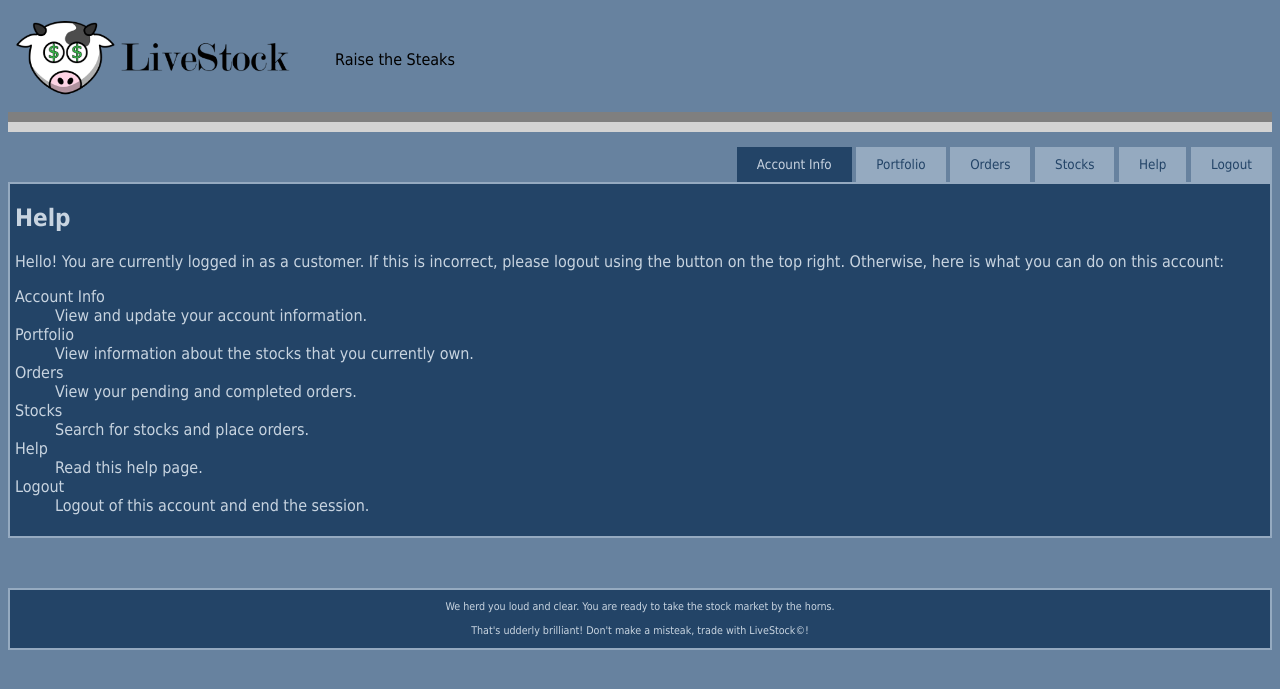
Repository: yastapova/live-stock
Page: http://localhost/LiveStockSite/WEB-INF/cust_help.jsp
The author's editor kept a copy of each file at every save. The page is drawn from the files as they stood at one save, then again after the next save.
The browser window is 1280 px wide. The pictures show the whole page.
The page is served by Tomcat 9. Nobody is signed in. Other server files are loaded and not shown. The template is opened directly, without the code that normally fills it, so the values that code supplies are empty.

Above is the page before, as saved 2016-04-19 23:35:36.

### LiveStockSite/WebContent/WEB-INF/cust_help.jsp
<!DOCTYPE html>
<html>
<head>
	<meta charset="ISO-8859-1">
	<title>LiveStock Trading | Help</title>
	<link rel="stylesheet" href="gen.css" />
</head>
<body>
	<jsp:include page="_header.jsp"></jsp:include>
	<jsp:include page="_cust_menu.jsp"></jsp:include>
	<div class="body" align="Left">
		<h2>Help</h2>
		<p>Hello! You are currently logged in as a customer. If this is incorrect,
		please logout using the button on the top right. Otherwise, here is what
		you can do on this account:</p>
		<dl>
			<dt>Account Info</dt>
			<dd>View and update your account information.</dd>
			<dt>Portfolio</dt>
			<dd>View information about the stocks that you currently own.</dd>
			<dt>Orders</dt>
			<dd>View your pending and completed orders.</dd>
			<dt>Stocks</dt>
			<dd>Search for stocks and place orders.</dd>
			<dt>Help</dt>
			<dd>Read this help page.</dd>
			<dt>Logout</dt>
			<dd>Logout of this account and end the session.</dd>
		</dl>
	</div>

	<jsp:include page="_footer.jsp"></jsp:include>
</body>
</html>

### LiveStockSite/WebContent/WEB-INF/_header.jsp
<%@ page language="java" contentType="text/html; charset=ISO-8859-1"
    pageEncoding="ISO-8859-1"%>
<div class="header">
	<table>
		<tr>
			<td width='315px'><a href="home"><img src="LivestockLogoName2.png" width='300px'></a></td>
			<td width='300px'><p>Raise the Steaks</p></td>
		</tr>
	</table>
	</div>

### LiveStockSite/WebContent/WEB-INF/_cust_menu.jsp
<%@ page language="java" contentType="text/html; charset=ISO-8859-1"
    pageEncoding="ISO-8859-1"%>
<div class="menu" align="right">
	<a href="cust_acc_info.jsp" class="active">Account Info</a>
	<a href="cust_portfolio.jsp">Portfolio</a>
	<a href="cust_orders.jsp">Orders</a>
	<a href="cust_stocks.jsp">Stocks</a>
	<a href="cust_help.jsp">Help</a>
	<a href="">Logout</a>
</div>

### LiveStockSite/WebContent/WEB-INF/_footer.jsp
<%@ page language="java" contentType="text/html; charset=ISO-8859-1"
    pageEncoding="ISO-8859-1"%>
<div class="footer">
	<p>We herd you loud and clear. You are ready to take the stock market by the horns.</p>
	<p>That's udderly brilliant! Don't make a misteak, trade with LiveStock&copy;!</p>
</div>

### LiveStockSite/WebContent/WEB-INF/gen.css
@CHARSET "ISO-8859-1";

body {
	background-color: #67829F;
	font-family: Tahoma;
}
a {
	font-size: 10pt;
}
.body a:link {
	color: #D6C9E2;
}
.body a:visited {
	color: #896AA4;
}
.body a:hover {
	color: #D6C9E2;
}
.formlabel {
	font-size: 10pt;
}
.accinfo {
	font-size: 10pt;
	font-family: "Times New Roman";
}
.header {
	border-bottom-style: groove;
	border-bottom-width: 20px;
	border-bottom-color: lightgrey;
	margin-bottom: 15px;
}
.body {
	padding-left: 5px;
	padding-right: 5px;
	padding-bottom: 5px;
	background-color: #234467;
	border-style: solid;
	border-width: 2px;
	border-color: #95AAC0;
	color: #C8D4E0;
}
.footer {
	text-align: center;
	margin-top: 50px;
	padding-left: 5px;
	padding-right: 5px;
	background-color: #234467;
	border-style: solid;
	border-width: 2px;
	border-color: #95AAC0;
	color: #C8D4E0;
}
.footer p {
	font-size: 8pt;
}
.menu a, a:visited {
	background-color: #95AAC0;
	color: #234467;
	padding: 10px 20px;
	text-align: center;
	text-decoration: none;
	display: inline-block;
}
.menu a:hover {
	background-color: #234467;
	color: #C8D3E0;
}
.menu a.active {
	background-color: #234467;
	color: #C8D3E0;
}
table {
	padding: 10px 5px;
}

After the next save:
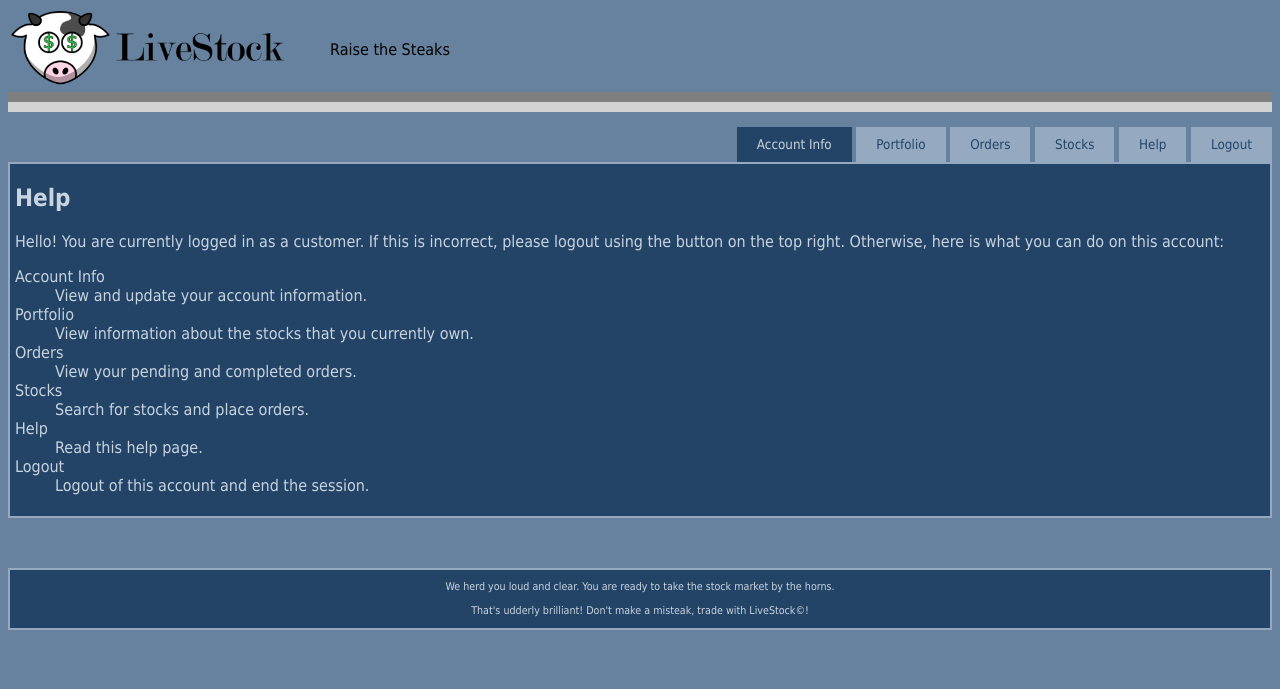
Saved 62 s later.
--- a/LiveStockSite/WebContent/WEB-INF/gen.css
+++ b/LiveStockSite/WebContent/WEB-INF/gen.css
@@ -69,6 +69,6 @@ a {
 	background-color: #234467;
 	color: #C8D3E0;
 }
-table {
+.body table {
 	padding: 10px 5px;
 }
